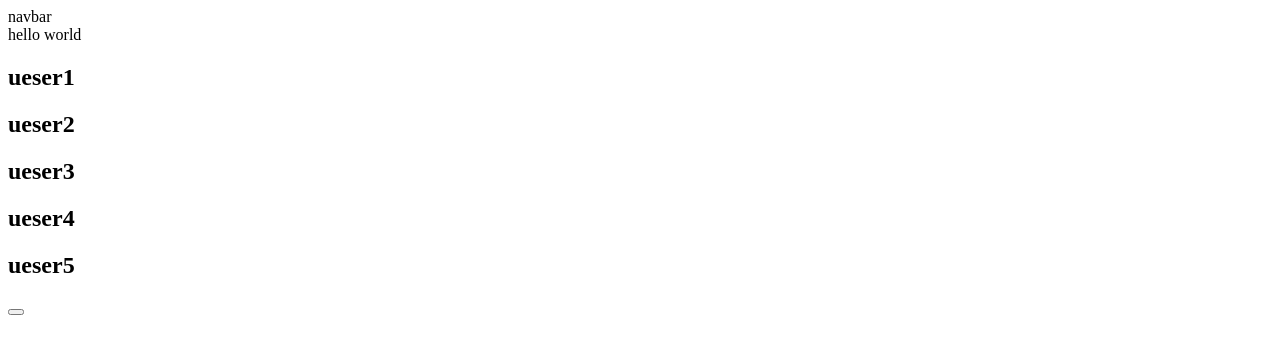
Repository: Mithun-74/first_react_project
Page: /
The author's editor kept a copy of each file at every save. The page is drawn from the files as they stood at one save, then again after the next save.
The browser window is 1280 px wide. The pictures show the whole page.
The project was rebuilt for these pictures with package versions that can differ from the ones it lists, and the page was loaded fresh each time. Also part of the build but not shown: vite.config.js, src/index.css.

Above is the page before, as saved 2025-06-03 15:01:53.

### src/App.jsx
import React from 'react'
import { Navbar } from './components/navbar'

const App = () => {
  let x = "hello world";
  let array = ["ueser1","ueser2","ueser3","ueser4","ueser5"]
  return (
    <div>
      <Navbar/>
        {x}
        {array.map((user)=>{return <h2>{user}</h2>})}
        <button onClick={()=>{btnclick()}}></button>
    </div>
  )
}

export default App

### src/components/navbar.jsx
import React from 'react'

export const Navbar = () => {
  return (
    <div>navbar</div>
  )
}

Loaded but not shown: index.html (common file); src/main.jsx (common file)

After the next save:
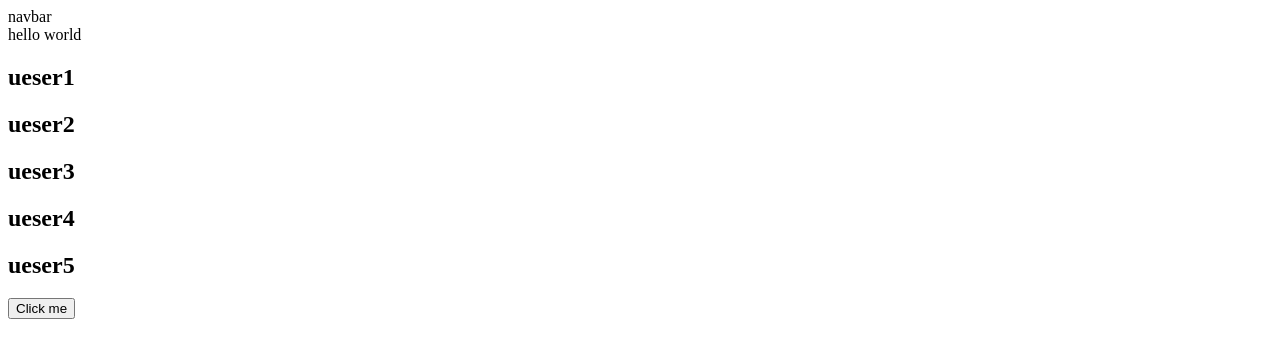
Saved 5 s later.
--- a/src/App.jsx
+++ b/src/App.jsx
@@ -9,7 +9,7 @@
       <Navbar/>
         {x}
         {array.map((user)=>{return <h2>{user}</h2>})}
-        <button onClick={()=>{btnclick()}}></button>
+        <button onClick={()=>{btnclick()}}>Click me</button>
     </div>
   )
 }
